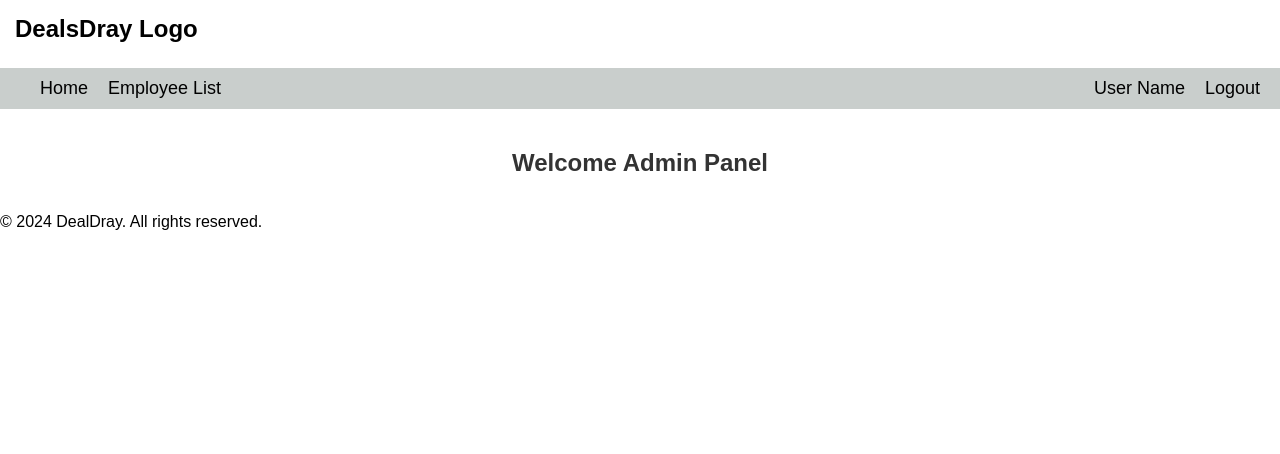
Repository: Mahanandapadavale123/dealsdray
Page: /dashboard (app in frontend/)
The author's editor kept a copy of each file at every save. The page is drawn from the files as they stood at one save, then again after the next save.
The browser window is 1280 px wide. The pictures show the whole page.
The page's requests for data from a server got no answer. The project was rebuilt for these pictures with package versions that can differ from the ones it lists, and the page was loaded fresh each time. No one was signed in, and anything a server would have sent is missing. Also part of the build but not shown: frontend/src/views/login.jsx, frontend/src/views/EmployeeList.js.

Above is the page before, as saved 2024-09-19 18:42:13.

After the next save:
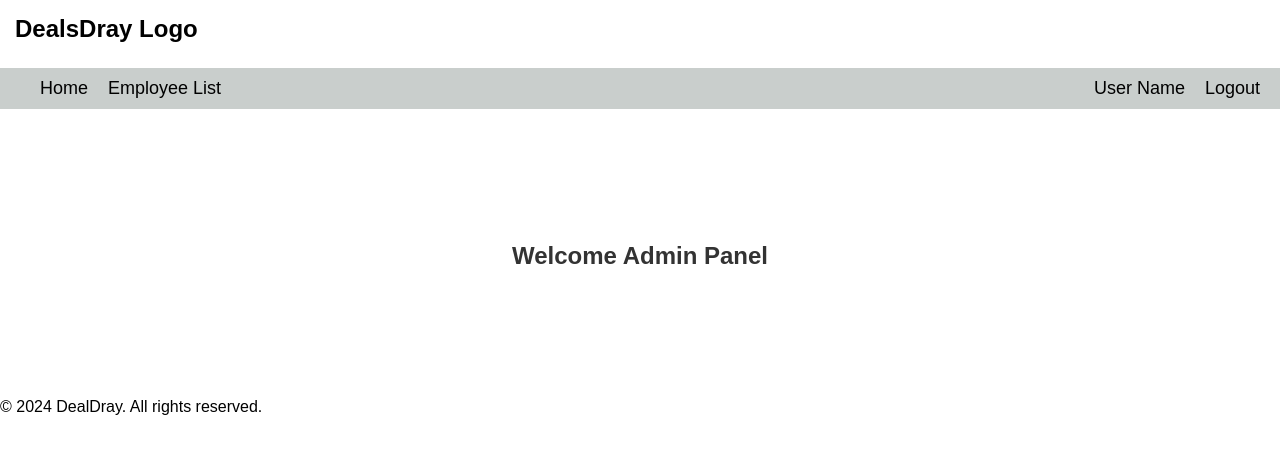
Saved 52 s later.
--- a/frontend/src/css/dashboard.css
+++ b/frontend/src/css/dashboard.css
@@ -43,6 +43,19 @@ body {
     flex-direction: column;
   }
 
+  .content {
+    flex: 1;
+    padding: 20px; /* Optional, for spacing */
+    text-align: center;
+    display: flex;
+    align-items: center;
+    justify-content: center;
+  }
+
+  h2 {
+    margin: 0;
+  }
+
   @media screen and (max-width: 768px) {
     table, th, td {
       font-size: 14px;
